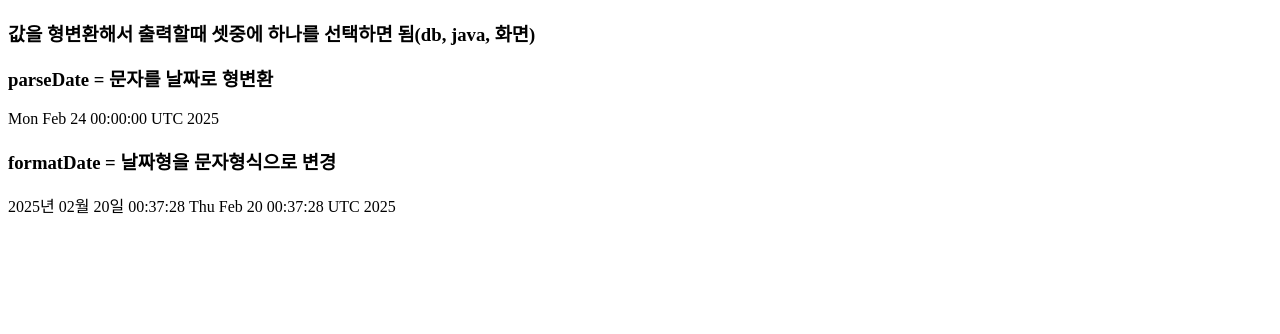
Repository: Muji1412/JSPstudy
Page: http://localhost/JSPbasic/jstl/jstl_fmt.jsp
An editor plug-in stored every save of this project. The page is shown before and after the next save, followed by the edit.
The browser window is 1280 px wide. The pictures show the whole page.
The page is served by Tomcat 9. Nobody is signed in. The application's start-up code is not run. Other server files are loaded and not shown.

Above is the page before, as saved 2025-02-24 05:08:22.

### workspace/JSPbasic/src/main/webapp/jstl/jstl_fmt.jsp
<%@page import="java.util.Date"%>
<%@ page language="java" contentType="text/html; charset=UTF-8"
    pageEncoding="UTF-8"%>
<%@ taglib  uri="http://java.sun.com/jsp/jstl/fmt" prefix="fmt" %>
<%@ taglib uri="http://java.sun.com/jsp/jstl/core" prefix="c" %>
<!DOCTYPE html>
<html>
<head>
<meta charset="UTF-8">
<title>Insert title here</title>
</head>
<body>
	<h3>값을 형변환해서 출력할때 셋중에 하나를 선택하면 됨(db, java, 화면)</h3>

	<h3>parseDate = 문자를 날짜로 형변환</h3>

	<!-- var 없이 parseDate 해주면 바로 값 출력, 변수 지정해주면 a 찍어줘야 출력함 -->
	<fmt:parseDate var = "a" value = "2025/02/24" pattern = "yyyy/MM/dd"></fmt:parseDate>
	${a }

	<h3>formatDate = 날짜형을 문자형식으로 변경 </h3>

	<c:set var = "now"  value = "<%=new Date() %>"></c:set>

	<fmt:formatDate value="${now}" pattern = "yyyy년 MM월 dd일 HH:mm:ss"/>
	${now }

</body>
</html>

After the next save:
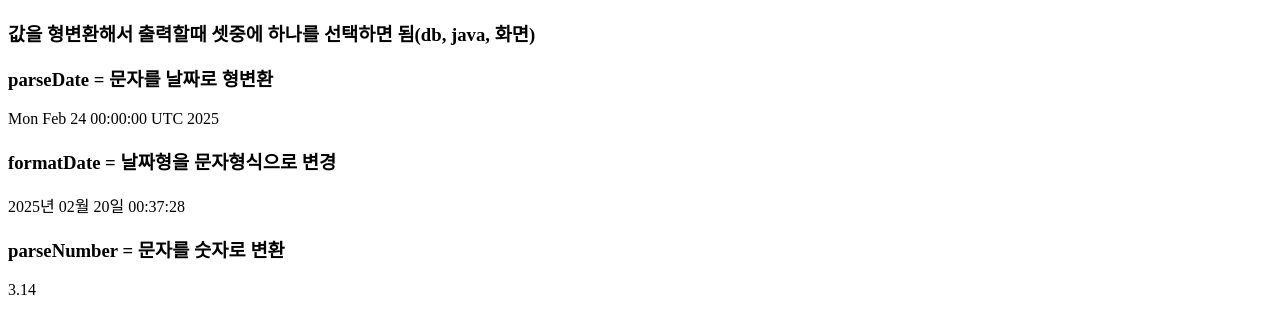
Saved 3 min 27 s later.
--- a/workspace/JSPbasic/src/main/webapp/jstl/jstl_fmt.jsp
+++ b/workspace/JSPbasic/src/main/webapp/jstl/jstl_fmt.jsp
@@ -23,7 +23,10 @@
 	<c:set var = "now"  value = "<%=new Date() %>"></c:set>
 
 	<fmt:formatDate value="${now}" pattern = "yyyy년 MM월 dd일 HH:mm:ss"/>
-	${now }
+
+	<h3>parseNumber = 문자를 숫자로 변환</h3>
+	<fmt:parseNumber value = "$3.14" pattern="$0.00"></fmt:parseNumber>
+
 
 </body>
 </html>
